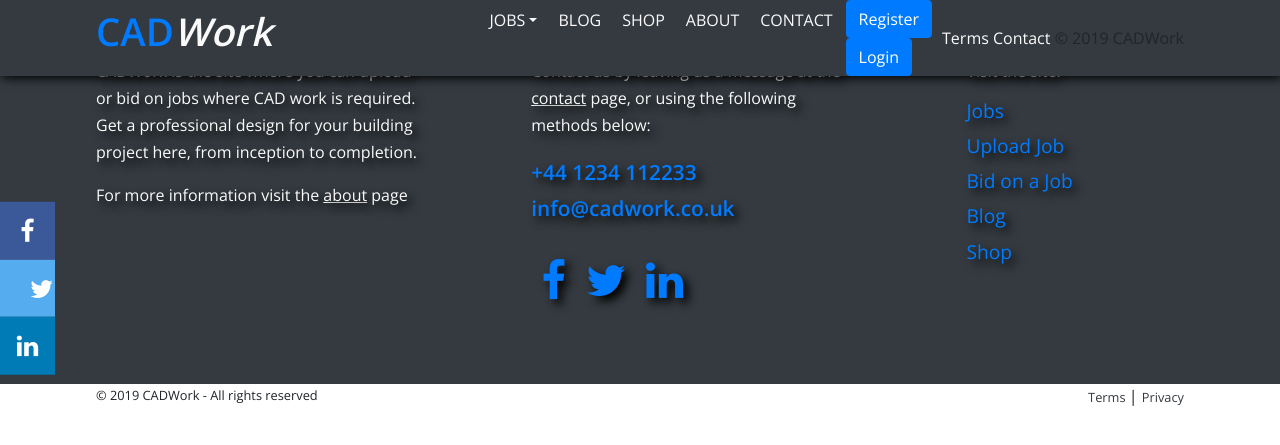
Repository: JShad30/cadwork
Page: templates/base.html
The author's editor kept a record of every edit. The page is drawn from the files as they stood at one moment, then again after the next edit.
The browser window is 1280 px wide. The pictures show the whole page.
The pointer rests on the first visible `.icon-bar-twitter`.
The template is drawn by Django 2.2. The application's start-up code is not run. Other server files are loaded and not shown. The template is opened directly, without the code that normally fills it, so the values that code supplies are empty.

Above is the page before.

### templates/base.html
{% load staticfiles %}
<!DOCTYPE html>
<html lang="en">

<head>
	<!--Meta descriptions-->
    <meta charset="UTF-8">
    <meta name="viewport" content="width=device-width, initial-scale=1.0">
    <meta http-equiv="X-UA-Compatible" content="ie=edge">
    <meta name="description" content="Upload jobs and find a CAD Professional for your project">

    <!--Website title and description-->
    <title>CADWork</title>

    <!--Links to font awesome used for social icons and the css file and the bootstrap framework-->
    <link rel="stylesheet" href="https://stackpath.bootstrapcdn.com/bootstrap/4.3.1/css/bootstrap.min.css" integrity="sha384-ggOyR0iXCbMQv3Xipma34MD+dH/1fQ784/j6cY/iJTQUOhcWr7x9JvoRxT2MZw1T" crossorigin="anonymous">
    <link rel="stylesheet" href="https://cdnjs.cloudflare.com/ajax/libs/font-awesome/4.7.0/css/font-awesome.min.css">
    <link rel="stylesheet" href="{% static 'css/styles.css' %}">
</head>

<!--This html page will have the navbar and footer that will be used on every one of the pages-->
<body>

	<nav class="navbar navbar-expand-lg navbar-dark bg-dark">
		<div class="navbar-container">
			<div class="navbar-logo-dropdown-icon">
			    <h2 class="navbar-logo"><a class="navbar-brand" href="#"><span class="navbar-logo-blue">CAD</span><span class="navbar-logo-white">Work</span></a></h2>
			    <button class="navbar-toggler" type="button" data-toggle="collapse" data-target="#navbarNavDropdown" aria-controls="navbarNavDropdown" aria-expanded="false" aria-label="Toggle navigation">
			        <span class="navbar-toggler-icon"></span>
			    </button>
		    </div>
		    <div class="collapse navbar-collapse" id="navbarNavDropdown">
		        <ul class="navbar-nav ml-1">
		        	<li class="nav-item">
		                <a class="nav-link dropdown-toggle" href="#" id="navbarDropdownMenuLink" role="button" data-toggle="dropdown" aria-haspopup="true" aria-expanded="false">Jobs</a>
		        		<div class="dropdown-menu bg-dark" aria-labelledby="navbarDropdownMenuLink">
				            <a class="dropdown-item pl-3" href="#">Upload</a>
				            <a class="dropdown-item pl-3" href="#">Bid</a>
		        		</div>
		      		</li>
		            <li class="nav-item">
		                <a class="nav-link" href="#">Blog</a>
		            </li>
		            <li class="nav-item">
		                <a class="nav-link" href="#">Shop</a>
		            </li>
		            <li class="nav-item">
		                <a class="nav-link" href="#">About</a>
		            </li>
		            <li class="nav-item">
		                <a class="nav-link" href="#">Contact</a>
		            </li>
		            <!--Buttons that link to pages allowing the user to sign up or login to their membership area-->

	                {% if user.is_authenticated %}
	                <!--Account link which only appears if user is logged in-->
	                <div class="nav-item">
	                	<a class="nav-link" href="#">Account</a>
	                </div>
	                <div class="nav-item">
	                	<button class="btn btn-info" href="#" role="button">Logout</button>
	                </div>

		            {% else %}
		            <div class="nav-item">
	                	<button class="btn btn-primary" href="#" role="button">Register</button>
	                	<button class="btn btn-primary" href="#" role="button">Login</button>
	                </div>
		            {% endif %}
		    	</ul>
		    	<!--Contact and about page only appears in mobile views-->
		        <div class="contact-about-navbar">
		          	<div class="contact-about-navbar-links">
			            <a id="terms-navbar" class="terms-privacy-link" href="#">Terms</a>
			            <a id="privacy-navbar" class="terms-privacy-link" href="#">Contact</a>
			            <span class="contact-about-link">&#169; 2019 CADWork</span>
			        </div>
		        </div>
		  	</div>
		</div>
	</nav>

    <!--These social icons only display where the website is being displayed on mobile views -->
    <div class="icon-bar-desktop-views">
		<a href="https://www.facebook.com/" target="_blank" class="icon-bar-facebook"><i class="fa fa-facebook"></i></a>
		<a href="https://twitter.com/" target="_blank" class="icon-bar-twitter"><i class="fa fa-twitter"></i></a>
		<a href="https://www.linkedin.com/?hl=en" target="_blank" class="icon-bar-linkedin"><i class="fa fa-linkedin"></i></a>
	</div>

    {% block content %}
    {% endblock %}

    <footer class="footer">
		<div class="footer-top">
			<div class="footer-container">
	            <!--Links at the top of the footer section-->
				<div class="footer-top-areas">
					<!--Select the recipes by meal type-->
					<div class="footer-section">
						<h3 class="footer-header">About Us</h3>
						<p class="footer-paragraph">CADWork is the site where you can upload or bid on jobs where CAD work is required. Get a professional design for your building project here, from inception to completion.</p>
						<p class="footer-paragraph">For more information visit the <span class="footer-about-contact-link"><a href="#">about</a></span> page</p>
					</div>
					<!--Select recipes by allergen requirements-->
					<div class="footer-section">
						<h3 class="footer-header">Contact Us</h3>
						<p class="footer-paragraph">Contact us by leaving us a message at the <span class="footer-about-contact-link"><a href="#">contact</a></span> page, or using the following methods below:</p>
						<div class="footer-contact options">
							<p class="footer-paragraph" id="footer-paragraph-phone"><a href="tel://+441234112233">+44 1234 112233</a></p>
							<p class="footer-paragraph" id="footer-paragraph-email"><a href="mailto:info@cadwork.co.uk">info@cadwork.co.uk</a></p>
						</div>
						<!--Social links in the footer-->
						<div class="footer-social">
			                <ul class="social-links">
			                    <li class="social"><a class="dropdown-content-link social-link" href="https://www.facebook.com/" target="_blank"><i class="fa fa-facebook"></i></a></li>
			                    <li class="social"><a class="dropdown-content-link social-link" href="https://twitter.com/" target="_blank"><i class="fa fa-twitter"></i></a></li>
			                    <li class="social"><a class="dropdown-content-link social-link" href="https://www.linkedin.com/?hl=en" target="_blank"><i class="fa fa-linkedin"></i></a></li>
			                </ul>
			            </div>

					</div>
					<!--Allow the user to select the pages that show the most recent and the most popular recipes-->
					<div class="footer-section" id="footer-about-section">
						<h3 class="footer-header">Useful Links</h3>
						<p class="footer-paragraph">Visit the site:</p>
						<div class="footer-contact options">
							<p class="footer-paragraph footer-link"><a href="#">Jobs</a></p>
							<p class="footer-paragraph footer-link"><a href="#">Upload Job</a></p>
							<p class="footer-paragraph footer-link"><a href="#">Bid on a Job</a></p>
							<p class="footer-paragraph footer-link"><a href="#">Blog</a></p>
							<p class="footer-paragraph footer-link"><a href="#">Shop</a></p>
						</div>
					</div>
				</div>
			</div>
		</div>
		<!--Bottom section of the footer-->
		<div class="footer-bottom">
			<div class="footer-container">
	            <div class="footer-statement">
	            	<!--Copyright statement-->
	            	<p class="statement">&#169; 2019 CADWork - All rights reserved</p>
	            	<div class="footer-contact-about">
						<p class="footer-contact-about-links">
							<!--Links to the contact and about pages-->
							<span class="footer-contact-about-links-span"><a id="about-footer" class="terms-about-link" href="#">Terms </a></span><span class="footer-contact-about-links-divider">|</span>
				            <span class="footer-contact-about-links-span"><a id="contact-footer" class="terms-about-link" href="#">Privacy</a></span>
				        </p>
					</div>
	            </div>
	        </div>
		</div>
	</footer>

    <!--Scripts to run-->
    <script src="https://code.jquery.com/jquery-3.3.1.slim.min.js" integrity="sha384-q8i/X+965DzO0rT7abK41JStQIAqVgRVzpbzo5smXKp4YfRvH+8abtTE1Pi6jizo" crossorigin="anonymous"></script>
    <script src="https://cdnjs.cloudflare.com/ajax/libs/popper.js/1.14.7/umd/popper.min.js" integrity="sha384-UO2eT0CpHqdSJQ6hJty5KVphtPhzWj9WO1clHTMGa3JDZwrnQq4sF86dIHNDz0W1" crossorigin="anonymous"></script>
    <script src="https://stackpath.bootstrapcdn.com/bootstrap/4.3.1/js/bootstrap.min.js" integrity="sha384-JjSmVgyd0p3pXB1rRibZUAYoIIy6OrQ6VrjIEaFf/nJGzIxFDsf4x0xIM+B07jRM" crossorigin="anonymous"></script>

</body>

</html>

### static/css/styles.css
/*Font style imports*/

/*Colours to use in site*/
/*
blue colour - #007bff
dark grey - #343a40
White colour - #FAFAFA
*/

/*Importing the fonts */

/* Open Sans font to be used throughout the site */
@import url('https://fonts.googleapis.com/css?family=Open+Sans:400,600&display=swap');

/* Titillium web to be used for the headers throughout the site */
@import url('https://fonts.googleapis.com/css?family=Titillium+Web:400,700&display=swap');

/* Global styles styles*/

* {
    margin: 0;
    font-family: "Open Sans", sans-serif;
}

h1, h2, h3, h4, h5, h6 {
    font-family: "Titillium Web", sans-serif;
}







/*---------- Navbar ----------*/
.navbar {
    display: flex;
    justify-content: center;
    position: fixed;
    width: 100%;
    padding: 0;
    box-shadow: 2px 2px 10px #000000;
}

.nav-item {
    display: flex;
    flex-direction: column;
    justify-content: flex-start;
    width: 100%;
    align-items: flex-start;
}

.nav-buttons {
    margin: 20px 0;
    display: flex;
    flex-direction: row;
}

.dropdown-menu {
    position: absolute;
    width: 100%;
    border-color: rgba(255,255,255,0.1);
    border-width: 0.4px;
    width: 150px;
    border-radius: 0;
    border: 0.5px;
}

.dropdown-item {
    text-transform: uppercase;
    color: #FAFAFA;
}

.dropdown-item:hover {
    background-color: #343a40;
}

.btn-primary {
    font-size: 1.4em;
    margin-right: 20px;
}

.dropdown-item:hover {
    color: #007bff;
}

.navbar-container {
    width: 85%;
    max-width: 1200px;
}

.navbar-logo-dropdown-icon {
    height: 70px;
    display: flex;
    flex-direction: row;
    justify-content: space-between;
    align-items: center;
}

.navbar-logo a {
    font-size: 1.2em;
    font-weight: 600;
}

.navbar-logo-blue {
    color: #007bff;
}

.navbar-logo-white {
    color: #FAFAFA;
    font-style: italic;
}

.navbar-dark .nav-item .nav-link {
    text-transform: uppercase;
    color: #fafafa;
    font-weight: 400;
    font-size: 1em;
    margin-right: 5px;
    transition-duration: 0.1s;
    transition-timing-function: ease-in-out;
}

.navbar-dark .nav-item .nav-link:hover {
    transition-property: color;
    color: #007bff;
    transition-duration: 0.1s;
    transition-timing-function: ease-in-out;
}

.terms-privacy-navbar-links {
    display: flex;
    flex-direction: row;
    justify-content: space-between;
    padding: 20px 0;
}

.navbar-social-link .social-link i {
    color: #FAFAFA;
    font-size: 2em;
    margin: 10px 10px 10px 0;
    transition-duration: 0.1s;
    transition-timing-function: ease-in-out;
}

.navbar-social-link .social-link i:hover {
    color: #007bff;
    transition-duration: 0.1s;
    transition-timing-function: ease-in-out;
}

.terms-privacy-navbar a:hover {
    color: #007bff;
    text-decoration: none;
}

.terms-privacy-link {
    color: #FAFAFA;
}

.terms-privacy-navbar-divider {
    color: #FAFAFA;
}

/*---------- End of social icons at the side of the page in desktop views ----------*/







/*----------Social link bar----------*/
.icon-bar-desktop-views {
    top: 40%;
    position: fixed;
    -webkit-transform: translateY(-50%);
    -ms-transform: translateY(-50%);
    transform: translateY(-50%);
}

.icon-bar-desktop-views a {
    display: none;
    text-align: center;
    transition-timing-function: ease-in-out;
    padding: 10px 12px;
    transition-duration: 0.1s;
    color: white;
    font-size: 25px;
}

.icon-bar-facebook {
    background-color: #3B5998;
    color: #FFFFFF;
    width: 55px;
}

.icon-bar-facebook:hover {
    transition-property: width;
    transition-timing-function: ease-in-out;
    width: 85px;
}

.icon-bar-twitter {
    background-color: #55ACEE;
    color: #FFFFFF;
    width: 55px;
}

.icon-bar-twitter:hover {
    background-color: #55ACEE;
    color: #FFFFFF;
    width: 55px;
}

.icon-bar-linkedin {
    background-color: #007bb5;
    color: #FFFFFF;
    width: 55px;
}

.icon-bar-linkedin:hover {
    background-color: #007bb5;
    color: #FFFFFF;
    width: 55px;
}

.icon-bar-facebook:hover,
.icon-bar-twitter:hover,
.icon-bar-linkedin:hover {
    padding-left: 30px;
}
/*----------End of Social link bar----------*/






/*---------- Footer ----------*/
.footer {
    display: flex;
    flex-direction: column;
    align-items: center;
}

.footer-bottom {
    width: 100%;
    display: flex;
    justify-content: center;
}

.footer-top {
    width: 100%;
    background-color: #343a40;
    display: flex;
    justify-content: center;
}

.footer-container {
    width: 85%;
    max-width: 1200px;
}

.footer-top-container {
    margin-top: 2.5em;
}

.footer-bottom-container {
    margin-top: 1em;
}

.footer-section {
    margin-bottom: 3em;
}

.footer-header {
    color: #FAFAFA;
    font-size: 2em;
    margin-bottom: .6em;
    text-shadow: 5px 5px 10px #000000;
}

.footer-paragraph {
    color: #FAFAFA;
    font-size: 1em;
    line-height: 1.7em;
    text-shadow: 5px 5px 10px #000000;
}

.footer-paragraph a {
    transition-duration: 0.1s;
    transition-timing-function: ease-in-out;
}

.footer-link {
    font-size: 1.2em;
    line-height: 1em;
}

.footer-paragraph a:hover {
    transition-property: color;
    color: #FAFAFA;
    transition-duration: 0.1s;
    transition-timing-function: ease-in-out;
    text-decoration: none;
}

.footer-paragraph span {
    text-decoration: underline;
}

.footer-paragraph span a {
    color: #FAFAFA;
    transition-duration: 0.1s;
    transition-timing-function: ease-in-out;
}

.footer-paragraph span a:hover {
    transition-property: color;
    color: #007bff;
    transition-duration: 0.1s;
    transition-timing-function: ease-in-out;
}

#footer-paragraph-phone,
#footer-paragraph-email {
    font-size: 1.3em;
    font-weight: 600;
    margin-bottom: 0;
    color: #007bff;
}

/*Social links at the top of the footer*/
.footer-social {
    width: 100%;
    display: flex;
    justify-content: left;
    align-items: center;
    min-height: 50px;
    margin: 30px 0;
}

.social-links {
    padding: 20px;
    display: flex;
    flex-direction: row;
    justify-content: space-around;
    padding: 0;
    margin: 0;
    list-style-type: none;
}

.social {
    margin: 0 10px;
}

.social-links li a {
    text-decoration: none;
}

.social-links li a i {
    font-size: 2.7em;
    display: flex;
    transition-duration: 0.1s;
    transition-timing-function: ease-in-out;
    color: #007bff;
    text-shadow: 5px 5px 10px #000000;
}

.social-links li a i:hover {
    transition-property: color;
    transition-duration: 0.1s;
    transition-timing-function: ease-in-out;
    color: #FAFAFA;
}

/* Footer copyright and terms and privacy links at the bottom*/
.footer-statement {
    display: flex;
    justify-content: space-between;
}

.statement,
.footer-contact-about-links-span {
    font-size: 0.8em;
}

.statement {
    display: flex;
    align-items: center;
}

.footer-contact-about-links-span a {
    color: #343a40;
    transition-duration: 0.1s;
    transition-timing-function: ease-in-out;
}

.footer-contact-about-links-span a:hover {
    text-decoration: none;
    color: #007bff;
    transition-duration: 0.1s;
    transition-timing-function: ease-in-out;
}

/*---------- End of Footer ----------*/









/*---------- Larger screen sizes ----------*/
/* Horizontal mobile screens */
@media(min-width: 500px) {
}

/*tablet screens*/
@media(min-width: 768px) {

    /*---------- Footer sections ----------*/
    .footer-top-areas {
        display: flex;
        flex-direction: row;
        justify-content: space-between;
    }

    .footer-section {
        width: 30%;
    }

    #footer-about-section {
        width: 20%;
    }
    /*---------- End of Footer sections ----------*/
}

/*Large tablet and small laptop screens*/
@media(min-width: 992px) {
    /*----------Navbar----------*/
    .navbar {
        padding: 0;
    }

    .navbar-container {
        display: flex;
        flex-direction: row;
        justify-content: space-between;
    }

    .terms-privacy-navbar {
        display: none;
    }

    .btn-primary {
        font-size: 1em;
        margin-right: 10px;
    }

    .nav-buttons {
        margin: 0;
    }

    .navbar-social-link {
        display: none;
    }

    .navbar-collapse {
        justify-content: flex-end;
    }

    /*----------Social link bar display----------*/
    .icon-bar-desktop-views a {
        display: block;
    }
    /*End of social link bar display*/
    /*----------End of Navbar in laptop and desktop views-----------*/

}

/*Larger laptop and desktop screens*/
@media(min-width: 1224px) {
}

After the next edit:
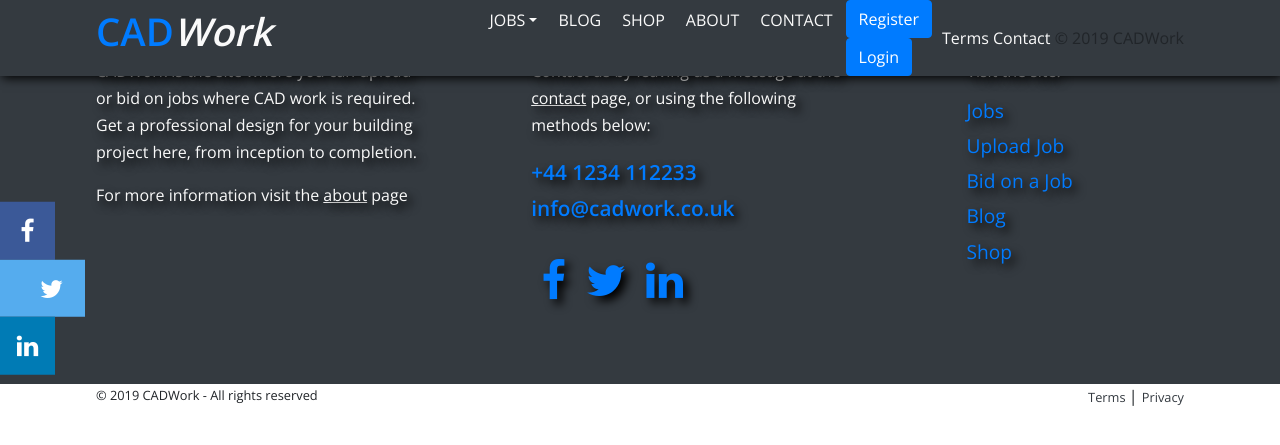
The edit:
--- a/static/css/styles.css
+++ b/static/css/styles.css
@@ -208,9 +208,9 @@
 }
 
 .icon-bar-twitter:hover {
-    background-color: #55ACEE;
-    color: #FFFFFF;
-    width: 55px;
+    transition-property: width;
+    transition-timing-function: ease-in-out;
+    width: 85px;
 }
 
 .icon-bar-linkedin {
